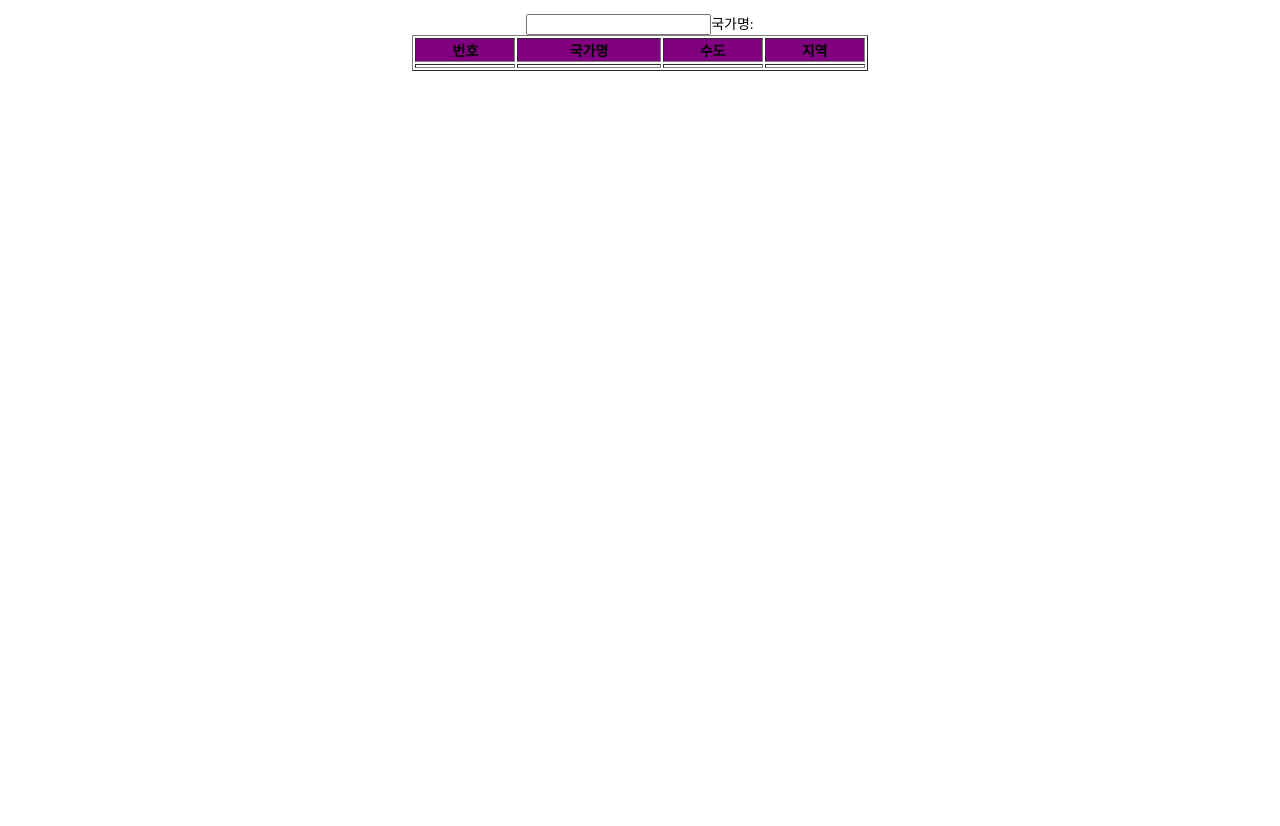
Repository: KangHoi/encore_vueWorkspace
Page: vue03_Event/WebContent/vue04_example.html
These files come from the project's save history. The page is drawn as it stood at one moment and after the next save; the edit follows.
The browser window is 1280 px wide. The pictures show the whole page.

Above is the page before, as saved 2021-07-12 02:17:49.
Console error: SyntaxError: Unexpected token '}'

### vue03_Event/WebContent/vue04_example.html
<!DOCTYPE html>
<html>
<head>
<meta charset="UTF-8">
<title>Insert title here</title>
<style>
	#country{
		width: 60%;
		height: 800px;
		margin:0 auto;
		padding: 5px;
		text-align: center;
		font-size: 14px;

	}
	#tid{
		width: 60%;
		margin: 0 auto;
	}
	#th{
		background-color: purple;
		font: yellow;
		font: bold;
	}
</style>
<script src="https://cdn.jsdelivr.net/npm/vue/dist/vue.js"></script>

</head>
<body>
	<div id="country">
		<input v-model="findCountryByName">국가명: </input>
		<table id ="tid" border="1px">
			<thead id = "th">
				<tr>
					<th>번호</th><th>국가명</th><th>수도</th><th>지역</th>
				</tr>
			</thead>

			<tbody>
				<tr v-for="country in countries">
					<td v-html="country.no"></td>
					<td v-html="country.name"></td>
					<td v-html="country.capital"></td>
					<td v-html="country.region"></td>
				</tr>
			</tbody>
		</table>
	</div>
	<script>
	var model = {
		countries: [
			{ no: 1, name: "미국", capital: "워싱턴DC", region: "america"},
			{ no: 2, name: "프랑스", capital: "파리", region: "europe"},
			{ no: 3, name: "영국", capital: "런던", region: "europe"},
			{ no: 4, name: "중국", capital: "베이징", region: "asia"},
			{ no: 5, name: "태국", capital: "방콕", region: "asia"},
			{ no: 6, name: "모로코", capital: "라바트", region: "africa"},
			{ no: 7, name: "라오스", capital: "비엔티안", region: "asia"},
			{ no: 8, name: "베트남", capital: "하노이", region: "asia"},
			{ no: 9, name: "피지", capital: "수바", region: "oceania"},
			{ no: 10, name: "솔로몬 제도", capital: "호니아라", region: "oceania"},
			{ no: 11, name: "자메이카", capital: "킹스턴", region: "america"},
			{ no: 12, name: "나미비아", capital: "빈트후크", region: "africa"},
			{ no: 13, name: "동티모르", capital: "딜리", region: "asia"},
			{ no: 14, name: "멕시코", capital: "멕시코시티", region: "america"},
			{ no: 15, name: "베네수엘라", capital: "카라카스", region: "america"},
			{ no: 16, name: "서사모아", capital: "아피아", region: "oceania"},
		]
	}

	new Vue({
		el: '#country',
		data: model,
		computed:{
			findCountryByName : function(){
				return this.
			}
		}
	})
	</script>
</body>
</html>

After the next save:
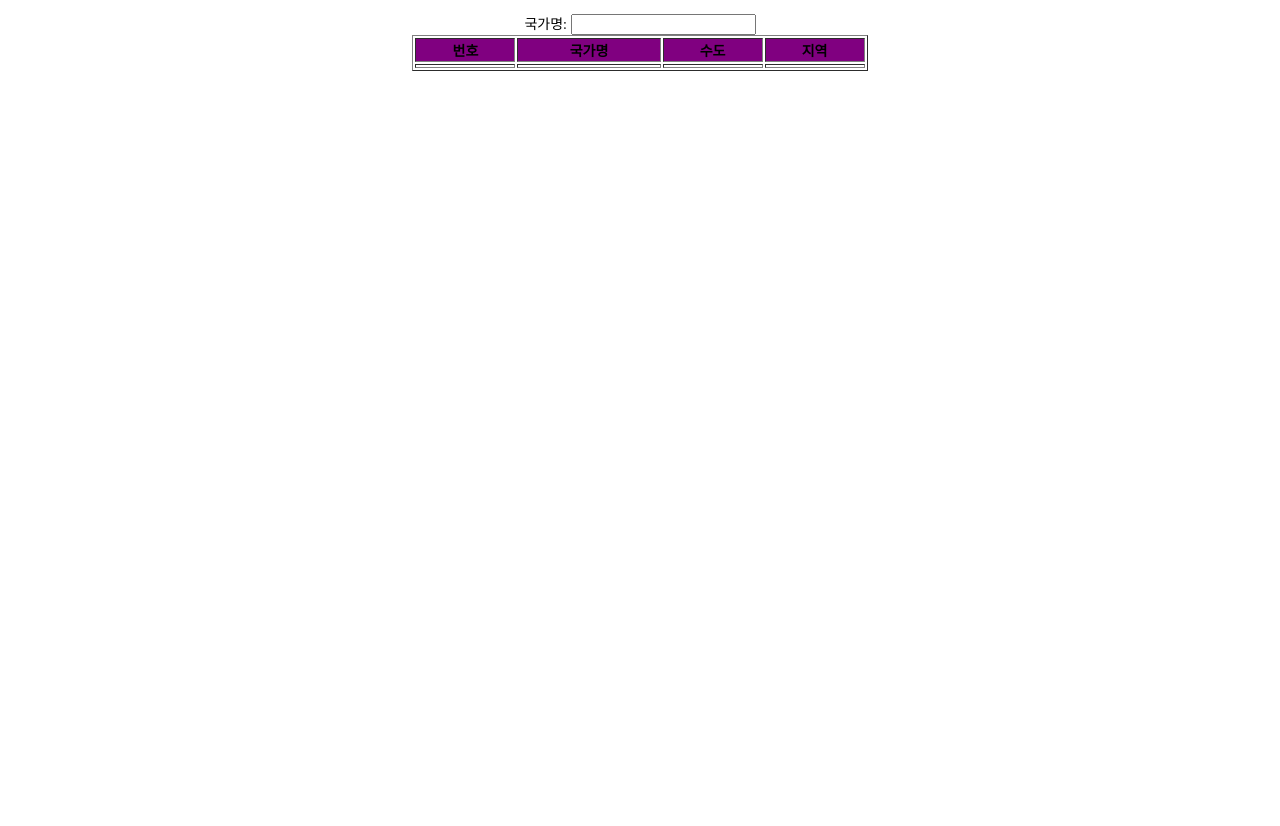
Saved 22 s later.
--- a/vue03_Event/WebContent/vue04_example.html
+++ b/vue03_Event/WebContent/vue04_example.html
@@ -28,7 +28,7 @@
 </head>
 <body>
 	<div id="country">
-		<input v-model="findCountryByName">국가명: </input>
+		국가명: <input v-model="findCountryByName"></input>
 		<table id ="tid" border="1px">
 			<thead id = "th">
 				<tr>
